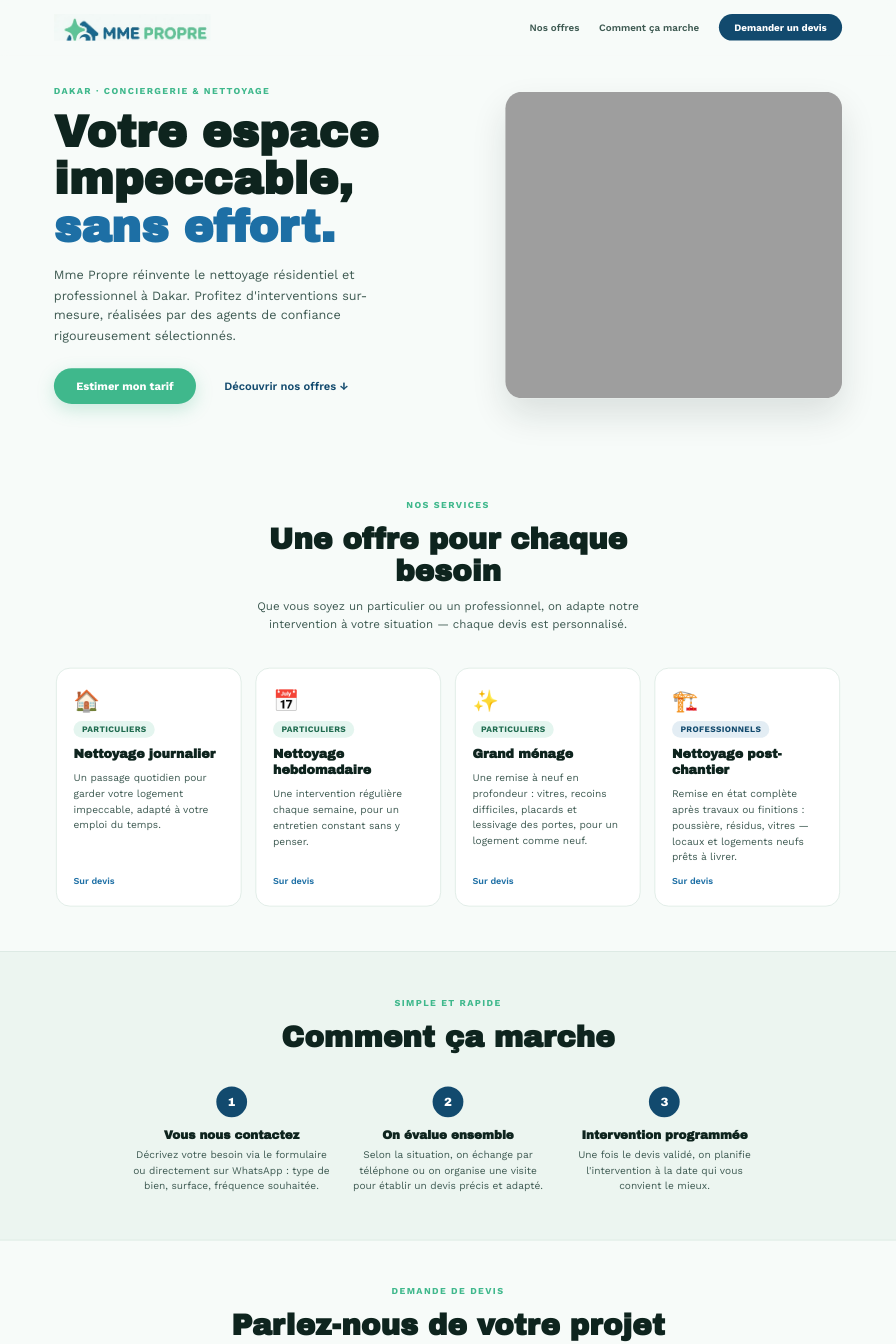
Repository: AntaaaKD/Mme-Propre
Page: Particulier.html
An editor plug-in stored every save of this project. The page is shown before and after the next save, followed by the edit.
The browser window is 1280 px wide. The pictures show the part of the page from y = 0 to 1920 px (the page is 2719 px tall before and 2699 px after), at 70% of full size.
Pictures or frames that could not be fetched are drawn as grey boxes.

Above is the page before, as saved 2026-07-20 19:16:36.

### Particulier.html
<!DOCTYPE html>
<html lang="fr">
<head>
<meta charset="UTF-8">
<meta name="viewport" content="width=device-width, initial-scale=1.0">
<title>Mme Propre — La propreté de votre demeure, en un clic</title>
<link rel="icon" type="image/png" href="data:[embedded picture, 38990 characters]">
<link rel="preconnect" href="https://fonts.googleapis.com">
<link rel="preconnect" href="https://fonts.gstatic.com" crossorigin>
<link href="https://fonts.googleapis.com/css2?family=Archivo+Black&family=Work+Sans:wght@400;500;600;700&display=swap" rel="stylesheet">
<style>
  :root{
    --surface:#F7FBF9;
    --surface-2:#ECF5F0;
    --ink:#0E241E;
    --ink-soft:#3E5A52;
    --blue:#1D6FA5;
    --blue-deep:#124A6E;
    --mint:#3FB88C;
    --lemon:#F2C230;
    --line:#D6E6DE;
    --display:"Archivo Black", sans-serif;
    --body:"Work Sans", sans-serif;
  }
  *{box-sizing:border-box;}
  body{margin:0;padding:0;background:var(--surface);color:var(--ink);font-family:var(--body);}
  a{color:inherit;}
  section{scroll-margin-top:20px;}

  /* ---------- HEADER ---------- */
  header{
    display:flex;align-items:center;justify-content:space-between;
    padding:20px 6vw;position:sticky;top:0;background:rgba(247,251,249,0.9);
    backdrop-filter:blur(6px);z-index:20;border-bottom:1px solid transparent;
  }
  .logo{display:flex;align-items:center;}
  .logo img{height:38px;width:auto;display:block;}
  nav{display:flex;align-items:center;gap:28px;}
  nav a.nav-link{font-size:14px;font-weight:600;color:var(--ink-soft);text-decoration:none;}
  .header-cta{
    font-size:14px;font-weight:700;color:#fff;background:var(--blue-deep);
    border-radius:999px;padding:11px 22px;text-decoration:none;
    transition:transform .15s ease;
  }
  .header-cta:hover{transform:translateY(-2px);}
  @media (max-width:760px){ nav a.nav-link{display:none;} }

  /* ---------- HERO ---------- */
  .hero{position:relative;padding:6vh 6vw 10vh;overflow:hidden;}
  .hero-grid{position:relative;z-index:2;display:grid;grid-template-columns:1.1fr 0.9fr;gap:56px;align-items:center;}
  @media (max-width:860px){.hero-grid{grid-template-columns:1fr;gap:40px;} .hero-image{max-height:320px;}}
  .hero-image{position:relative;border-radius:24px;overflow:hidden;box-shadow:0 24px 50px rgba(14,36,30,0.12);aspect-ratio:1.1;}
  .hero-image img{width:100%;height:100%;object-fit:cover;display:block;}
  .eyebrow{font-size:13px;font-weight:700;letter-spacing:2px;text-transform:uppercase;color:var(--mint);margin-bottom:18px;}
  h1{font-family:var(--display);font-size:clamp(36px,5.5vw,64px);line-height:1.05;margin:0 0 22px;max-width:15ch;}
  h1 .accent{color:var(--blue);}
  .hero p.lead{font-size:18px;color:var(--ink-soft);max-width:46ch;line-height:1.6;margin:0 0 32px;}
  .hero-ctas{display:flex;gap:16px;align-items:center;flex-wrap:wrap;}
  .btn-primary{
    background:var(--mint);color:#fff;font-weight:700;padding:16px 32px;
    border-radius:999px;box-shadow:0 8px 24px rgba(63,184,140,0.25);text-decoration:none;
    transition:transform .2s ease, box-shadow .2s ease;
  }
  .btn-primary:hover{transform:translateY(-2px);box-shadow:0 12px 28px rgba(63,184,140,0.4);}
  .btn-secondary{font-weight:600;color:var(--blue-deep);padding:16px 24px;text-decoration:none;}

  /* ---------- SECTION WRAPPER ---------- */
  .section{padding:9vh 6vw;}
  .section.alt{background:var(--surface-2);border-top:1px solid var(--line);border-bottom:1px solid var(--line);}
  .section-head{max-width:640px;margin:0 auto 48px;text-align:center;}
  .section-head .eyebrow{justify-content:center;display:flex;}
  .section-head h2{font-family:var(--display);font-size:clamp(28px,3.6vw,42px);margin:0 0 14px;}
  .section-head p{color:var(--ink-soft);font-size:16.5px;line-height:1.6;margin:0;}

  /* ---------- OFFERS ---------- */
  .offers{max-width:1120px;margin:0 auto;display:grid;grid-template-columns:repeat(4,1fr);gap:20px;}
  @media (max-width:980px){.offers{grid-template-columns:repeat(2,1fr);}}
  @media (max-width:560px){.offers{grid-template-columns:1fr;}}
  .offer-card{
    background:#fff;border:1.5px solid var(--line);border-radius:20px;padding:28px 24px;
    display:flex;flex-direction:column;gap:12px;transition:transform .18s ease, box-shadow .18s ease;
  }
  .offer-card:hover{transform:translateY(-4px);box-shadow:0 16px 32px rgba(14,36,30,0.08);}
  .offer-card .emoji{font-size:30px;}
  .offer-card h3{font-family:var(--display);font-size:18px;margin:0;line-height:1.3;}
  .offer-card p{color:var(--ink-soft);font-size:14.5px;line-height:1.55;margin:0;flex:1;}
  .offer-tag{
    align-self:flex-start;font-size:12px;font-weight:700;letter-spacing:0.5px;text-transform:uppercase;
    padding:5px 12px;border-radius:999px;
  }
  .tag-domicile{background:rgba(63,184,140,0.14);color:#1f6b4f;}
  .tag-pro{background:rgba(29,111,165,0.12);color:var(--blue-deep);}
  .offer-quote{font-size:13px;font-weight:600;color:var(--blue);margin-top:2px;}

  /* ---------- STEPS ---------- */
  .steps{max-width:900px;margin:0 auto;display:grid;grid-template-columns:repeat(3,1fr);gap:28px;}
  @media (max-width:760px){.steps{grid-template-columns:1fr;}}
  .step{text-align:center;}
  .step-num{
    width:44px;height:44px;border-radius:50%;background:var(--blue-deep);color:#fff;
    display:flex;align-items:center;justify-content:center;font-family:var(--display);font-size:17px;
    margin:0 auto 16px;
  }
  .step h4{font-family:var(--display);font-size:17px;margin:0 0 8px;}
  .step p{color:var(--ink-soft);font-size:14.5px;line-height:1.55;margin:0;}

  /* ---------- FORM ---------- */
  .form-wrap{max-width:760px;margin:0 auto;background:#fff;border:1.5px solid var(--line);border-radius:24px;padding:44px 40px;}
  @media (max-width:600px){.form-wrap{padding:32px 22px;}}
  .grid{display:grid;grid-template-columns:1fr 1fr;gap:16px;}
  @media (max-width:680px){.grid{grid-template-columns:1fr;}}
  .field{display:flex;flex-direction:column;gap:6px;}
  .field.full{grid-column:1/-1;}
  label{font-size:13px;font-weight:600;color:var(--ink-soft);}
  input,select,textarea{
    font-family:var(--body);font-size:15px;border:1.5px solid var(--line);border-radius:12px;
    padding:13px 15px;background:#fff;color:var(--ink);outline:none;transition:border-color .18s ease;
  }
  input:focus,select:focus,textarea:focus{border-color:var(--blue);}
  textarea{resize:vertical;min-height:90px;}
  .submit-row{margin-top:26px;display:flex;align-items:center;gap:16px;flex-wrap:wrap;}
  .btn-whatsapp{
    display:inline-flex;align-items:center;gap:10px;background:var(--mint);color:#fff;border:none;
    border-radius:999px;padding:15px 26px;font-family:var(--body);font-weight:700;font-size:15px;cursor:pointer;
    transition:transform .15s ease, box-shadow .15s ease;
  }
  .btn-whatsapp:hover{transform:translateY(-2px);box-shadow:0 8px 22px rgba(63,184,140,0.35);}
  .btn-whatsapp-outline{
    display:inline-flex;align-items:center;gap:10px;background:#fff;color:var(--ink);border:1.5px solid var(--line);
    border-radius:999px;padding:14px 24px;font-family:var(--body);font-weight:700;font-size:14.5px;cursor:pointer;
    transition:transform .15s ease, border-color .15s ease;
  }
  .btn-whatsapp-outline:hover{transform:translateY(-2px);border-color:var(--mint);}
  .hint{font-size:13px;color:var(--ink-soft);}

  footer{padding:26px 6vw;border-top:1px solid var(--line);font-size:13px;color:var(--ink-soft);display:flex;justify-content:space-between;flex-wrap:wrap;gap:10px;}
</style>
</head>
<body>

<header>
  <div class="logo"><img src="data:[embedded picture, 79982 characters]" alt="Mme Propre"></div>
  <nav>
    <a class="nav-link" href="#offres">Nos offres</a>
    <a class="nav-link" href="#comment">Comment ça marche</a>
    <a class="header-cta" href="#devis">Demander un devis</a>
  </nav>
</header>

<section class="hero">
  <div class="hero-grid">
    <div>
      <div class="eyebrow">Dakar · Conciergerie & Nettoyage</div>
      <h1>Votre espace impeccable, <span class="accent">sans effort.</span></h1>
      <p class="lead">Mme Propre réinvente le nettoyage résidentiel et professionnel à Dakar. Profitez d'interventions sur-mesure, réalisées par des agents de confiance rigoureusement sélectionnés.</p>
      <div class="hero-ctas">
        <a href="#devis" class="btn-primary">Estimer mon tarif</a>
        <a href="#offres" class="btn-secondary">Découvrir nos offres ↓</a>
      </div>
    </div>
    <div class="hero-image">
      <img src="https://images.unsplash.com/photo-1758272421751-963195322eaa?w=900&auto=format&fit=crop&q=80" alt="Nettoyage professionnel à domicile">
    </div>
  </div>
</section>

<section class="section" id="offres">
  <div class="section-head">
    <div class="eyebrow">Nos services</div>
    <h2>Une offre pour chaque besoin</h2>
    <p>Que vous soyez un particulier ou un professionnel, on adapte notre intervention à votre situation — chaque devis est personnalisé.</p>
  </div>
  <div class="offers">
    <div class="offer-card">
      <span class="emoji">🏠</span>
      <span class="offer-tag tag-domicile">Particuliers</span>
      <h3>Nettoyage journalier</h3>
      <p>Un passage quotidien pour garder votre logement impeccable, adapté à votre emploi du temps.</p>
      <span class="offer-quote">Sur devis</span>
    </div>
    <div class="offer-card">
      <span class="emoji">📅</span>
      <span class="offer-tag tag-domicile">Particuliers</span>
      <h3>Nettoyage hebdomadaire</h3>
      <p>Une intervention régulière chaque semaine, pour un entretien constant sans y penser.</p>
      <span class="offer-quote">Sur devis</span>
    </div>
    <div class="offer-card">
      <span class="emoji">✨</span>
      <span class="offer-tag tag-domicile">Particuliers</span>
      <h3>Grand ménage</h3>
      <p>Une remise à neuf en profondeur : vitres, recoins difficiles, placards et lessivage des portes, pour un logement comme neuf.</p>
      <span class="offer-quote">Sur devis</span>
    </div>
    <div class="offer-card">
      <span class="emoji">🏗️</span>
      <span class="offer-tag tag-pro">Professionnels</span>
      <h3>Nettoyage post-chantier</h3>
      <p>Remise en état complète après travaux ou finitions : poussière, résidus, vitres — locaux et logements neufs prêts à livrer.</p>
      <span class="offer-quote">Sur devis</span>
    </div>
  </div>
</section>

<section class="section alt" id="comment">
  <div class="section-head">
    <div class="eyebrow">Simple et rapide</div>
    <h2>Comment ça marche</h2>
  </div>
  <div class="steps">
    <div class="step">
      <div class="step-num">1</div>
      <h4>Vous nous contactez</h4>
      <p>Décrivez votre besoin via le formulaire ou directement sur WhatsApp : type de bien, surface, fréquence souhaitée.</p>
    </div>
    <div class="step">
      <div class="step-num">2</div>
      <h4>On évalue ensemble</h4>
      <p>Selon la situation, on échange par téléphone ou on organise une visite pour établir un devis précis et adapté.</p>
    </div>
    <div class="step">
      <div class="step-num">3</div>
      <h4>Intervention programmée</h4>
      <p>Une fois le devis validé, on planifie l'intervention à la date qui vous convient le mieux.</p>
    </div>
  </div>
</section>

<section class="section" id="devis">
  <div class="section-head">
    <div class="eyebrow">Demande de devis</div>
    <h2>Parlez-nous de votre projet</h2>
    <p>Particulier ou professionnel, remplissez ce formulaire — on revient vers vous rapidement avec une proposition adaptée.</p>
  </div>

  <div class="form-wrap">
    <div class="grid">
      <div class="field"><label for="d-nom">Nom complet</label><input id="d-nom" type="text" placeholder="Ex : Awa Diagne"></div>
      <div class="field"><label for="d-tel">Numéro de téléphone</label><input id="d-tel" type="tel" placeholder="77 000 00 00"></div>
      <div class="field">
        <label for="d-type">Vous êtes</label>
        <select id="d-type">
          <option>Particulier — nettoyage domicile</option>
          <option>Professionnel — nettoyage post-chantier</option>
          <option>Professionnel — bureaux / locaux</option>
          <option>Autre</option>
        </select>
      </div>
      <div class="field"><label for="d-zone">Quartier / zone</label><input id="d-zone" type="text" placeholder="Ex : Sacré-Cœur, Dakar"></div>
      <div class="field full"><label for="d-surface">Surface ou taille approximative (si connue)</label><input id="d-surface" type="text" placeholder="Ex : Appartement 3 pièces, ou 200 m²"></div>
      <div class="field full"><label for="d-msg">Décrivez votre besoin</label><textarea id="d-msg" placeholder="Ex : Nettoyage de fin de chantier pour un immeuble de 4 appartements, disponibilité à partir de..."></textarea></div>
    </div>

    <div class="submit-row">
      <button class="btn-whatsapp" id="submit-btn" onclick="submitDevis()">Envoyer ma demande</button>
      <button class="btn-whatsapp-outline" onclick="sendWhatsappDirect()">Ou nous écrire sur WhatsApp</button>
    </div>
    <div class="hint" id="submit-status" style="margin-top:14px;">On vous répond généralement sous 24h.</div>
  </div>
</section>

<footer>
  <span>Mme Propre — Dakar, Sénégal</span>
  <span>Nettoyage résidentiel & professionnel</span>
</footer>

<script>
  // ⚠️ Remplacer par le vrai numéro WhatsApp de Mme Propre, format international sans "+" ni espaces
  const WHATSAPP_NUMBER = "221770000000";

  // ⚠️ Remplacer par l'URL de ton application web Apps Script (se termine par /exec)
  const GAS_WEB_APP_URL = "https://script.google.com/macros/s/AKfycbztkSX3TyebbLAMASZva5rAbgVcuSgHpPOw3mWZLaVD60Z6R83ZnjcCemumw_IpcYI8/exec";

  // Le hero renvoie vers #devis et #offres ; le contact WhatsApp reste disponible via le formulaire de devis plus bas.

  function getDevisData(){
    return {
      nom: document.getElementById('d-nom').value.trim(),
      tel: document.getElementById('d-tel').value.trim(),
      typeDemande: document.getElementById('d-type').value,
      zone: document.getElementById('d-zone').value.trim(),
      surface: document.getElementById('d-surface').value.trim(),
      message: document.getElementById('d-msg').value.trim(),
    };
  }

  async function submitDevis(){
    const btn = document.getElementById('submit-btn');
    const status = document.getElementById('submit-status');
    const data = getDevisData();

    if(!data.nom || !data.tel){
      status.textContent = "Merci de renseigner au moins votre nom et votre numéro.";
      status.style.color = "#B3261E";
      return;
    }

    btn.disabled = true;
    btn.textContent = "Envoi en cours...";
    status.style.color = "";
    status.textContent = "Merci de patienter, ça ne prend que quelques secondes.";

    try{
      await fetch(GAS_WEB_APP_URL, {
        method: "POST",
        mode: "no-cors",
        headers: { "Content-Type": "text/plain;charset=utf-8" },
        body: JSON.stringify({ formType: "devis", ...data })
      });

      btn.textContent = "Envoyé ✓";
      status.style.color = "#3FB88C";
      status.textContent = "Demande reçue ! On revient vers vous très bientôt.";
    } catch(err){
      btn.disabled = false;
      btn.textContent = "Envoyer ma demande";
      status.style.color = "#B3261E";
      status.textContent = "Une erreur est survenue, réessayez ou contactez-nous sur WhatsApp.";
    }
  }

  function sendWhatsappDirect(){
    const data = getDevisData();
    let text = "Bonjour Mme Propre 👋\n\nJe souhaite un devis pour un service de nettoyage.";
    if(data.nom) text += `\n\nNom : ${data.nom}`;
    if(data.tel) text += `\nTéléphone : ${data.tel}`;
    if(data.typeDemande) text += `\nType : ${data.typeDemande}`;
    if(data.zone) text += `\nZone : ${data.zone}`;
    if(data.surface) text += `\nSurface : ${data.surface}`;
    if(data.message) text += `\nDétails : ${data.message}`;
    const url = `https://wa.me/${WHATSAPP_NUMBER}?text=${encodeURIComponent(text)}`;
    window.open(url, '_blank');
  }
</script>

</body>
</html>

After the next save:
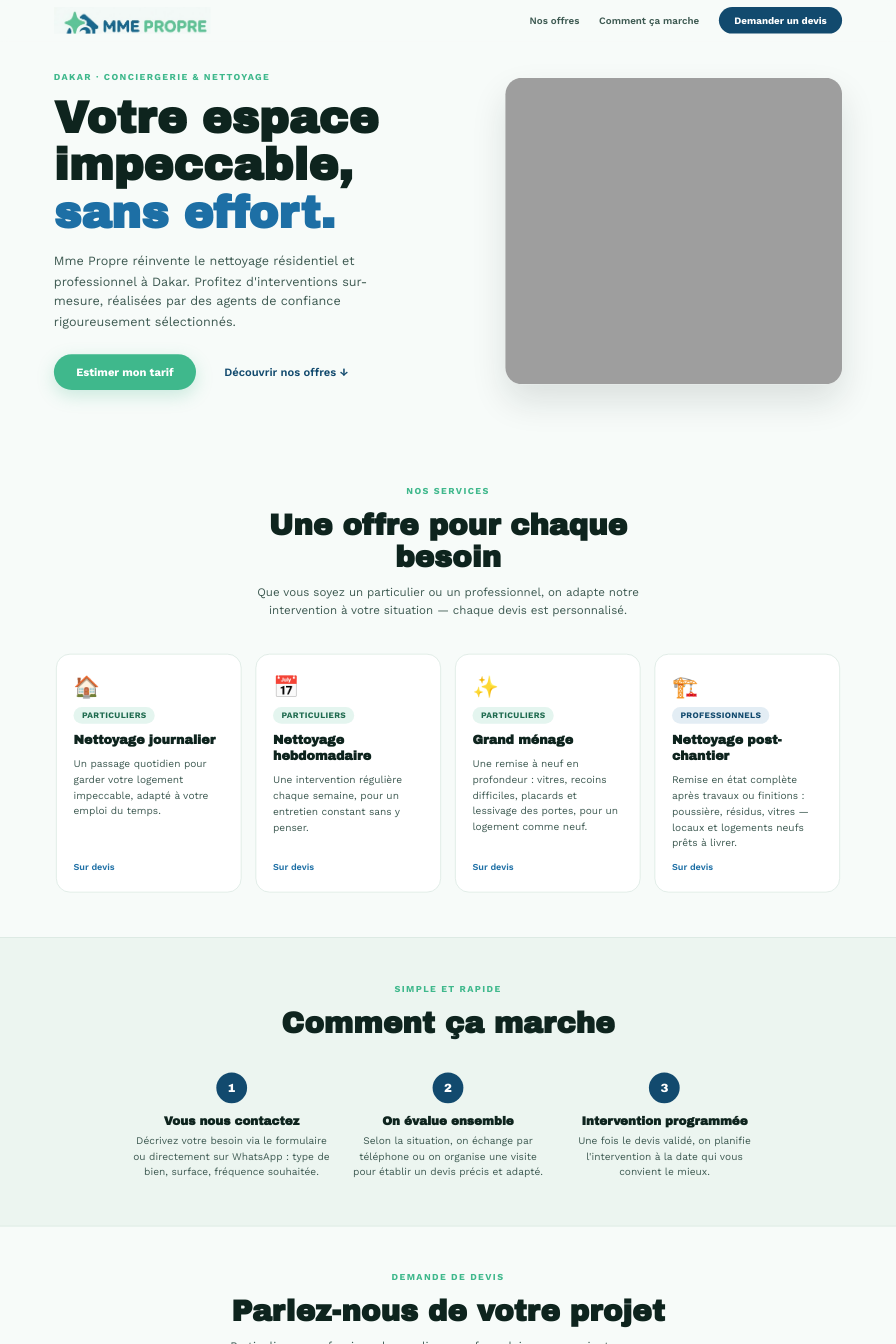
Saved 72 s later.
--- a/Particulier.html
+++ b/Particulier.html
@@ -30,7 +30,7 @@
   /* ---------- HEADER ---------- */
   header{
     display:flex;align-items:center;justify-content:space-between;
-    padding:20px 6vw;position:sticky;top:0;background:rgba(247,251,249,0.9);
+    padding:10px 6vw;position:sticky;top:0;background:rgba(247,251,249,0.9);
     backdrop-filter:blur(6px);z-index:20;border-bottom:1px solid transparent;
   }
   .logo{display:flex;align-items:center;}
